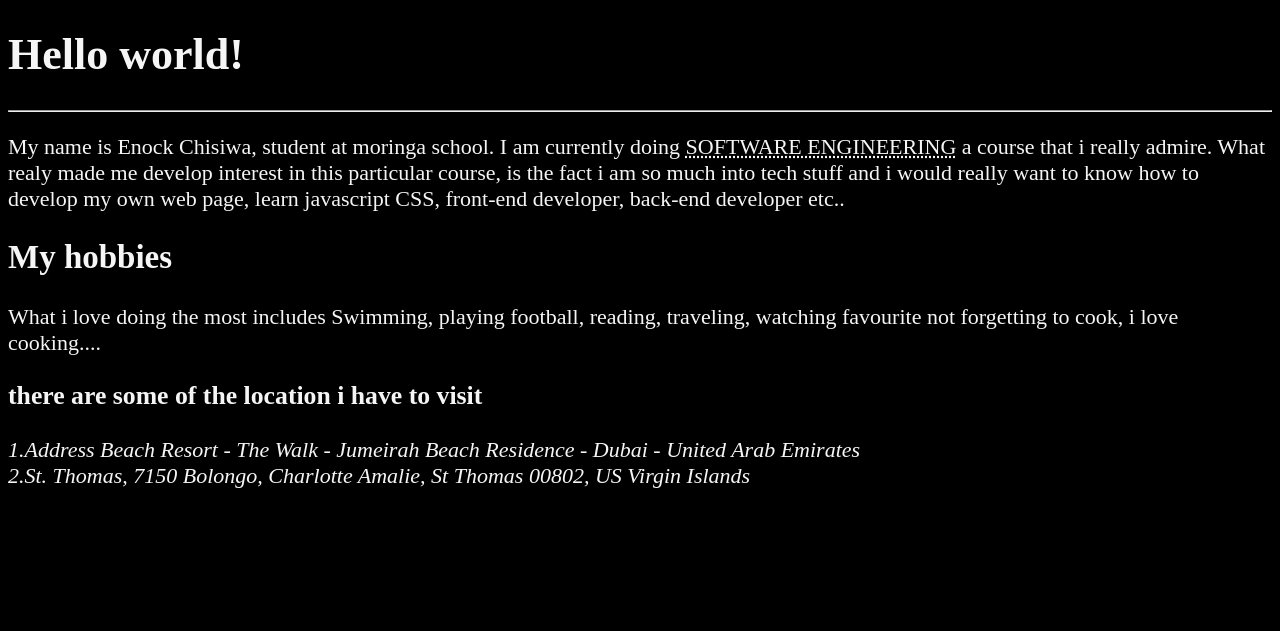
Repository: chiscobyte/README.md
Page: my project/index.html
The author's editor kept a copy of each file at every save. The page is drawn from the files as they stood at one save, then again after the next save.
The browser window is 1280 px wide. The pictures show the whole page.

Above is the page before, as saved 2025-02-22 19:13:42.

### my project/index.html
<!DOCTYPE html>
<html lang="en">
<head>
    <meta charset="UTF-8">
    <meta name="Author" content="Enock Chisiwa">
    <title>Chisiwa web</title>
    <style>
        html {font-size: 22px
        }

        body {
            background-color: black;
            color: whitesmoke;
        }
    </style>
</head>
<body>
    <h1>Hello world!</h1>

    <hr>

    <p>My name is Enock Chisiwa, student at moringa school. I am currently doing <abbr title="">SOFTWARE ENGINEERING</abbr> a course that i really admire. What realy made me develop interest in this particular course, is
    the fact i am so much into tech stuff and i would really want to know how to develop my own web page,
    learn javascript CSS, front-end developer, back-end developer etc..</p>

    <h2>My hobbies</h2>
   <p>What i love doing the most includes Swimming, playing football, reading, traveling, watching favourite
      not forgetting to cook, i love cooking....</p>

    <h3>there are some of the location i have to visit </h3>
    <address>1.Address Beach Resort - The Walk - Jumeirah Beach Residence - Dubai - United Arab Emirates</address>
    <address>2.St. Thomas, 7150 Bolongo, Charlotte Amalie, St Thomas 00802, US Virgin Islands</address>





</body>
</html>

After the next save:
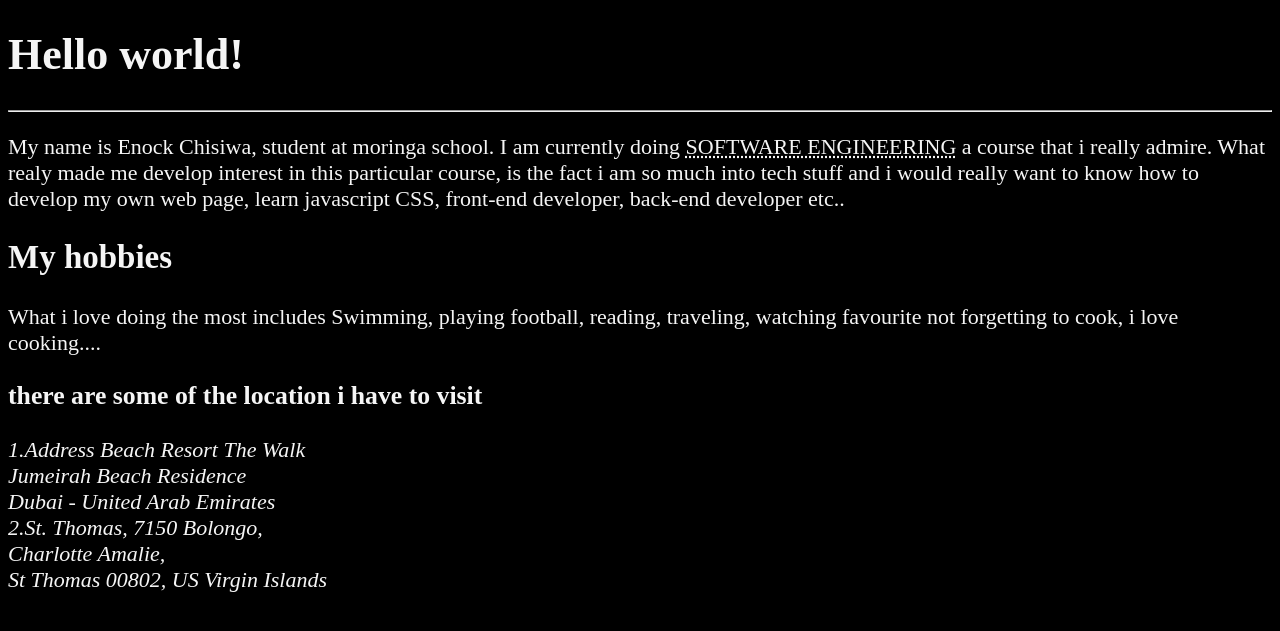
Saved 5 min 26 s later.
--- a/my project/index.html
+++ b/my project/index.html
@@ -28,8 +28,12 @@
       not forgetting to cook, i love cooking....</p>
 
     <h3>there are some of the location i have to visit </h3>
-    <address>1.Address Beach Resort - The Walk - Jumeirah Beach Residence - Dubai - United Arab Emirates</address>
-    <address>2.St. Thomas, 7150 Bolongo, Charlotte Amalie, St Thomas 00802, US Virgin Islands</address>
+    <address>1.Address Beach Resort The Walk
+        <br>Jumeirah Beach Residence
+        <br>Dubai - United Arab Emirates</address>
+    <address>2.St. Thomas, 7150 Bolongo,
+        <br>Charlotte Amalie,
+        <br>St Thomas 00802, US Virgin Islands</address>
 
 
 
